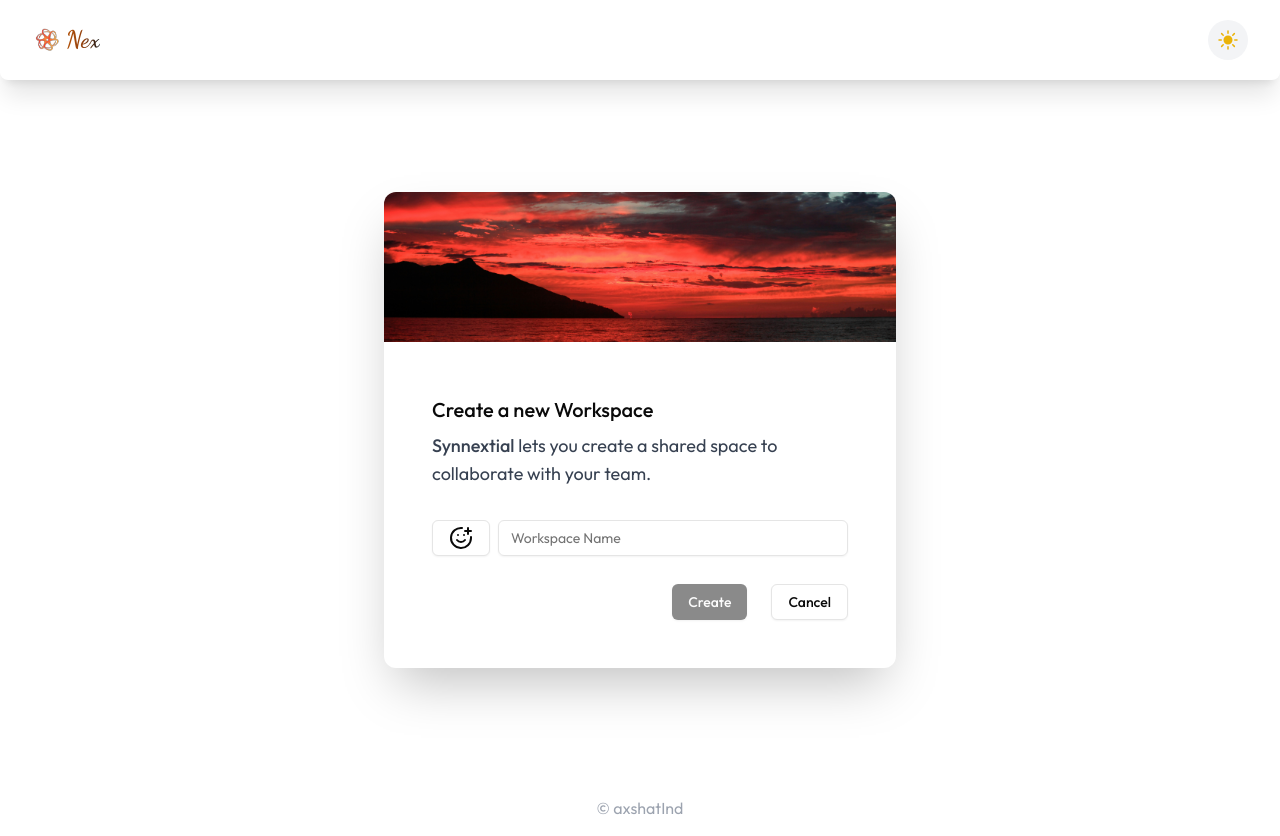
Repository: axshatInd/synnexTial
Page: /createworkspace
An editor plug-in stored every save of this project. The page is shown before and after the next save, followed by the edit.
The browser window is 1280 px wide. The pictures show the whole page.
The page's requests for data from a server got no answer. The project was rebuilt for these pictures with package versions that can differ from the ones it lists, and the page was loaded fresh each time. Some packages were replaced by stand-ins written for this rebuild. The framework's server and built-in components were replaced by stand-ins that run in the browser. No one was signed in, and anything a server would have sent is missing. Also part of the build but not shown: next.config.mjs.

Above is the page before, as saved 2024-08-28 11:34:31.

### app/layout.js
"use client";
import { Outfit } from "next/font/google";
import { Dancing_Script } from "next/font/google";
import "./globals.css";
import { ClerkProvider } from "@clerk/nextjs";
import Header from "./(routes)/dashboard/_components/Header";
import useTheme from "./_components/useTheme";

// Font configurations
const outfit = Outfit({ subsets: ["latin"] });
const dancing_script = Dancing_Script({ subsets: ["latin"] });

function Footer() {
  return (
    <footer className="text-center py-4">
      <a
        href="https://www.instagram.com/akshat.7_"
        target="_blank"
        rel="noopener noreferrer"
        className="text-gray-400 hover:text-gray-600 transition-colors duration-300"
      >
        &copy; axshatInd
      </a>
    </footer>
  );
}

export default function RootLayout({ children }) {
  const { theme } = useTheme();

  return (
    <ClerkProvider>
      <html lang="en">
        <body
          className={`${outfit.className} ${theme} flex flex-col min-h-screen`}
        >
          <Header />
          <main className="flex-grow pt-20">{children}</main>
          <Footer />
        </body>
      </html>
    </ClerkProvider>
  );
}

### app/(routes)/createworkspace/page.jsx
"use client"; // Add this directive at the top of the file

import CoverPicker from "@/app/_components/CoverPicker";
import EmojiPickerComponent from "@/app/_components/EmojiPickerComponent";
import { Button } from "@/components/ui/button";
import { Input } from "@/components/ui/input";
import { db } from "@/config/firebaseConfig";
import { useAuth, useUser } from "@clerk/nextjs";
import { doc, setDoc } from "firebase/firestore";
import { Loader2Icon, SmilePlus } from "lucide-react";
import Image from "next/image";
import { useRouter } from "next/navigation";
import React, { useState } from "react";
import uuid4 from "uuid4";

function CreateWorkspace() {
  const [coverImage, setCoverImage] = useState("/cover.png");
  const [workspacename, setWorkspaceName] = useState();
  const [emoji, setEmoji] = useState();
  const { user } = useUser();
  const { orgId } = useAuth();
  const [loading, setLoading] = useState(false);
  const router = useRouter();

  /* Used to create new workspace and save the data in dataspace */
  const OnCreateWorkspace = async () => {
    setLoading(true);
    const workspaceId = Date.now();
    const result = await setDoc(doc(db, "Workspace", workspaceId.toString()), {
      workspaceName: workspacename,
      emoji: emoji,
      coverImage: coverImage,
      createdBy: user?.primaryEmailAddress?.emailAddress,
      id: workspaceId,
      orgId: orgId ? orgId : user?.primaryEmailAddress?.emailAddress,
    });
    const docId = uuid4();
    {
      /* this will give some random ids for us */
    }
    await setDoc(doc(db, "workspaceDocuments", docId.toString()), {
      workspaceId: workspaceId,
      createdBy: user?.primaryEmailAddress?.emailAddress,
      coverImage: null,
      emoji: null,
      id: docId,
      documentOutput: [],
    });

    await setDoc(doc(db, "documentOutput", docId.toString()), {
      docId: docId,
      Output: [],
    });

    setLoading(false);
    router.replace("/workspace/" + workspaceId + "/" + docId);
    {
      /* will do nested dynamic routing now at 1:58:00 of the vid */
    }
  };

  return (
    <div className="p-10 md:px-36 lg:px-64 xl:px-96 py-28">
      <div className="shadow-2xl rounded-xl">
        <CoverPicker setNewCover={(v) => setCoverImage(v)}>
          {/* Cover Image */}
          <div className="relative group cursor-pointer">
            <h2 className="hidden absolute p-4 w-full h-full items-center group-hover:flex justify-center text-black">
              Change Cover
            </h2>
            <div className="group-hover:opacity-70">
              <Image
                src={coverImage}
                width={400}
                height={440}
                className="w-full h-[150px] object-cover rounded-t-xl"
              />
            </div>
          </div>
        </CoverPicker>

        {/* Input Section */}
        <div className="p-12">
          <h2 className="font-medium text-xl">Create a new Workspace</h2>
          <h2 className="text-lg mt-2 text-gray-700">
            <span className="font-medium">Synnextial</span> lets you create a
            shared space to collaborate with your team.
          </h2>

          <div className="mt-8 flex gap-2 items-center">
            <EmojiPickerComponent setEmojiIcon={(v) => setEmoji(v)}>
              <Button variant="outline">{emoji ? emoji : <SmilePlus />}</Button>
            </EmojiPickerComponent>
            <Input
              placeholder="Workspace Name"
              onChange={(e) => setWorkspaceName(e.target.value)}
            />
          </div>
          <div className="mt-7 flex justify-end gap-6">
            <Button
              disabled={!workspacename?.length || loading}
              onClick={OnCreateWorkspace}
            >
              Create {loading && <Loader2Icon className="animate-spin ml-2" />}
            </Button>
            <Button variant="outline">Cancel</Button>
          </div>
        </div>
      </div>
    </div>
  );
}

export default CreateWorkspace;

### app/globals.css
@tailwind base;
@tailwind components;
@tailwind utilities;

@layer base {
  :root {
    --background: 0 0% 100%;
    --foreground: 0 0% 3.9%;
    --card: 0 0% 100%;
    --card-foreground: 0 0% 3.9%;
    --popover: 0 0% 100%;
    --popover-foreground: 0 0% 3.9%;
    --primary: 0 0% 9%;
    --primary-foreground: 0 0% 98%;
    --secondary: 0 0% 96.1%;
    --secondary-foreground: 0 0% 9%;
    --muted: 0 0% 96.1%;
    --muted-foreground: 0 0% 45.1%;
    --accent: 0 0% 96.1%;
    --accent-foreground: 0 0% 9%;
    --destructive: 0 84.2% 60.2%;
    --destructive-foreground: 0 0% 98%;
    --border: 0 0% 89.8%;
    --input: 0 0% 89.8%;
    --ring: 0 0% 3.9%;
    --radius: 0.5rem;
    --chart-1: 12 76% 61%;
    --chart-2: 173 58% 39%;
    --chart-3: 197 37% 24%;
    --chart-4: 43 74% 66%;
    --chart-5: 27 87% 67%;
  }

  .dark {
    --background: 0 0% 3.9%;
    --foreground: 0 0% 98%;
    --card: 0 0% 3.9%;
    --card-foreground: 0 0% 98%;
    --popover: 0 0% 3.9%;
    --popover-foreground: 0 0% 98%;
    --primary: 0 0% 98%;
    --primary-foreground: 0 0% 9%;
    --secondary: 0 0% 14.9%;
    --secondary-foreground: 0 0% 98%;
    --muted: 0 0% 14.9%;
    --muted-foreground: 0 0% 63.9%;
    --accent: 0 0% 14.9%;
    --accent-foreground: 0 0% 98%;
    --destructive: 0 62.8% 30.6%;
    --destructive-foreground: 0 0% 98%;
    --border: 0 0% 14.9%;
    --input: 0 0% 14.9%;
    --ring: 0 0% 83.1%;
    --chart-1: 220 70% 50%;
    --chart-2: 160 60% 45%;
    --chart-3: 30 80% 55%;
    --chart-4: 280 65% 60%;
    --chart-5: 340 75% 55%;
  }

  /* Gradient Text Styles */
  /* Existing gradient-text for light mode */
  .gradient-text {
    background: linear-gradient(to right, #f59e0b, #f97316, #b45309);
    -webkit-background-clip: text;
    background-clip: text;
    color: transparent;
  }

  /* Gradient text styling for dark mode */
  .dark .gradient-text-dark {
    background: linear-gradient(to right, #fca5a5, #f87171, #ef4444);
    -webkit-background-clip: text;
    background-clip: text;
    color: transparent;
  }

  .gradient-text2 {
    background: linear-gradient(to right, #b45309, #92400e, #111111);
    -webkit-background-clip: text;
    background-clip: text;
    color: transparent;
  }

  .gradient-text3 {
    background: linear-gradient(90deg, #000000, #ff5722);
    -webkit-background-clip: text;
    -webkit-text-fill-color: transparent;
  }

  /* Base Styles */
  * {
    @apply border-border;
  }

  body {
    @apply bg-background text-foreground;
  }

  footer {
    @apply text-center py-4;
  }

  footer a {
    @apply text-gray-400 hover:text-gray-600 transition-colors duration-300;
  }

  footer p {
    transition: color 0.3s ease;
  }

  /* Button Styles */
  .btn-primary {
    @apply text-white bg-primary hover:bg-primary-foreground px-4 py-2 rounded-md transition-all;
  }

  .btn-secondary {
    @apply text-primary bg-secondary hover:bg-secondary-foreground px-4 py-2 rounded-md transition-all;
  }

  .btn-accent {
    @apply text-accent-foreground bg-accent hover:bg-accent-foreground px-4 py-2 rounded-md transition-all;
  }
}

/* Scoped styling for ThemeSwitcher component */

.theme-switcher-button {
  /* Ensures button is circular */
  border-radius: 50%;
  width: 2.5rem; /* Adjust size as needed */
  height: 2.5rem; /* Adjust size as needed */
  display: flex;
  align-items: center;
  justify-content: center;
  cursor: pointer;
  background-color: #f3f4f6; /* Light background for light mode */
  transition: background-color 0.3s ease;
}

.theme-switcher-button:hover {
  background-color: rgba(0, 0, 0, 0.1); /* Light hover effect */
}

.dark .theme-switcher-button {
  background-color: #1f2937; /* Dark background for dark mode */
}

.dark .theme-switcher-button:hover {
  background-color: rgba(255, 255, 255, 0.1); /* Dark mode hover effect */
}

/* Styling for icons */
.theme-switcher-button svg {
  width: 1.5rem;
  height: 1.5rem;
}

### app/(routes)/dashboard/_components/Header.jsx
"use client";
import { useEffect, useRef } from "react";
import { gsap } from "gsap";
import Logo from "@/app/_components/Logo";
import { OrganizationSwitcher, useAuth, UserButton } from "@clerk/nextjs";
import ThemeSwitcher from "@/app/_components/ThemeSwitcher";
import useTheme from "@/app/_components/useTheme"; // Import useTheme here

function Header() {
  const { orgId } = useAuth();
  const headerRef = useRef(null);

  // GSAP animation for the header
  useEffect(() => {
    gsap.fromTo(headerRef.current, { opacity: 0 }, { opacity: 1, duration: 1 });
  }, []);

  const { theme, toggleTheme } = useTheme();

  return (
    <header
      ref={headerRef} // Reference for animation
      className="fixed top-0 left-0 right-0 z-50 flex justify-between items-center px-4 py-2 md:px-6 md:py-3 lg:px-8 lg:py-5 shadow-xl rounded-b-lg max-w-8xl mx-auto bg-white"
    >
      <Logo />
      <ThemeSwitcher isDark={theme === "dark"} onChange={toggleTheme} />
      <OrganizationSwitcher
        afterCreateOrganizationUrl={"/dashboard"}
        afterLeaveOrganizationUrl={"/dashboard"}
      />
      <UserButton />
    </header>
  );
}

export default Header;

### app/_components/useTheme.jsx
"use client"; // This ensures it runs on the client side

import { useState, useEffect } from "react";

const useTheme = () => {
  const [theme, setTheme] = useState("light");

  useEffect(() => {
    const storedTheme = localStorage.getItem("theme");
    const systemPrefersDark = window.matchMedia(
      "(prefers-color-scheme: dark)"
    ).matches;

    if (storedTheme) {
      setTheme(storedTheme);
    } else {
      setTheme(systemPrefersDark ? "dark" : "light");
    }
  }, []);

  const toggleTheme = () => {
    const newTheme = theme === "light" ? "dark" : "light";
    setTheme(newTheme);
    localStorage.setItem("theme", newTheme);
    document.body.className = newTheme; // Apply theme class to body for immediate update
  };

  return { theme, toggleTheme };
};

export default useTheme;

### app/_components/CoverPicker.jsx
import React, { useState } from "react";
import {
  Dialog,
  DialogContent,
  DialogDescription,
  DialogFooter,
  DialogHeader,
  DialogTitle,
  DialogTrigger,
} from "@/components/ui/dialog";
import CoverOption from "../_shared/CoverOption";
import Image from "next/image";
import { DialogClose } from "@radix-ui/react-dialog";
import { Button } from "@/components/ui/button";

function CoverPicker({ children, setNewCover }) {
  const [selectedCover, setSelectedCover] = useState();

  return (
    <Dialog>
      <DialogTrigger className="w-full">{children}</DialogTrigger>
      <DialogContent>
        <DialogHeader>
          <DialogTitle>Change Cover Image</DialogTitle>
          <DialogDescription>
            <div className="grid grid-cols-2 md:grid-cols-3 lg:grid-cols-4 gap-5 mt-3">
              {CoverOption.map((cover, index) => (
                <div
                  key={index}
                  onClick={() => setSelectedCover(cover?.imageUrl)}
                  className={`p-1 rounded-md ${
                    selectedCover === cover?.imageUrl
                      ? "border-primary border-2"
                      : ""
                  }`}
                >
                  <Image
                    src={cover?.imageUrl}
                    width={200}
                    height={140}
                    className="h-[70px] w-full rounded-md object-cover"
                    alt={`Cover Image ${index}`}
                  />
                </div>
              ))}
            </div>
          </DialogDescription>
        </DialogHeader>
        <DialogFooter className="">
          <DialogClose asChild>
            <Button type="button" onClick={() => setNewCover(selectedCover)}>
              Update
            </Button>
          </DialogClose>

          <DialogClose asChild>
            <Button type="button" variant="secondary">
              Close
            </Button>
          </DialogClose>
        </DialogFooter>
      </DialogContent>
    </Dialog>
  );
}

export default CoverPicker;

### app/_components/EmojiPickerComponent.jsx
import EmojiPicker from "emoji-picker-react";
import React, { useState } from "react";

function EmojiPickerComponent({ children, setEmojiIcon }) {
  const [openEmojiPicker, setOpenEmojiPicker] = useState(false);

  const handleToggleEmojiPicker = () => {
    setOpenEmojiPicker((prev) => !prev); // Toggle the emoji picker visibility
  };

  return (
    <div>
      {/* Button to open/close the EmojiPicker */}
      <div onClick={handleToggleEmojiPicker}>{children}</div>

      {/* Conditional rendering for the EmojiPicker */}
      {openEmojiPicker && (
        <div className="absolute z-10">
          <EmojiPicker
            onEmojiClick={(e) => {
              setEmojiIcon(e.emoji);
              setOpenEmojiPicker(false); // Close the picker after selecting an emoji
            }}
          />
        </div>
      )}
    </div>
  );
}

export default EmojiPickerComponent;

### components/ui/button.jsx
import * as React from "react"
import { Slot } from "@radix-ui/react-slot"
import { cva } from "class-variance-authority";

import { cn } from "@/lib/utils"

const buttonVariants = cva(
  "inline-flex items-center justify-center whitespace-nowrap rounded-md text-sm font-medium transition-colors focus-visible:outline-none focus-visible:ring-1 focus-visible:ring-ring disabled:pointer-events-none disabled:opacity-50",
  {
    variants: {
      variant: {
        default:
          "bg-primary text-primary-foreground shadow hover:bg-primary/90",
        destructive:
          "bg-destructive text-destructive-foreground shadow-sm hover:bg-destructive/90",
        outline:
          "border border-input bg-background shadow-sm hover:bg-accent hover:text-accent-foreground",
        secondary:
          "bg-secondary text-secondary-foreground shadow-sm hover:bg-secondary/80",
        ghost: "hover:bg-accent hover:text-accent-foreground",
        link: "text-primary underline-offset-4 hover:underline",
      },
      size: {
        default: "h-9 px-4 py-2",
        sm: "h-8 rounded-md px-3 text-xs",
        lg: "h-10 rounded-md px-8",
        icon: "h-9 w-9",
      },
    },
    defaultVariants: {
      variant: "default",
      size: "default",
    },
  }
)

const Button = React.forwardRef(({ className, variant, size, asChild = false, ...props }, ref) => {
  const Comp = asChild ? Slot : "button"
  return (
    (<Comp
      className={cn(buttonVariants({ variant, size, className }))}
      ref={ref}
      {...props} />)
  );
})
Button.displayName = "Button"

export { Button, buttonVariants }

### config/firebaseConfig.js
// config/firebaseConfig.js

import { initializeApp } from "firebase/app";
import { getAnalytics } from "firebase/analytics";
import { getFirestore } from "firebase/firestore";

// Your web app's Firebase configuration
const firebaseConfig = {
  apiKey: process.env.NEXT_PUBLIC_FIREBASE_API_KEY,
  authDomain: process.env.NEXT_PUBLIC_AUTH_DOMAIN,
  projectId: process.env.NEXT_PUBLIC_PROJECT_ID,
  storageBucket: process.env.NEXT_PUBLIC_STORAGE_BUCKET,
  messagingSenderId: process.env.NEXT_PUBLIC_MESSAGING_SENDER_ID,
  appId: process.env.NEXT_PUBLIC_APP_ID,
  measurementId: process.env.NEXT_PUBLIC_MEASUREMENT_ID,
};

let app, db, analytics;

if (typeof window !== "undefined") {
  // Initialize Firebase only on the client side
  app = initializeApp(firebaseConfig);
  db = getFirestore(app);
  analytics = getAnalytics(app);
}

export { app, db, analytics };

### app/_components/Logo.jsx
import React from "react";
import Image from "next/image";
import { Dancing_Script } from "next/font/google";

const dancing_script = Dancing_Script({ subsets: ["latin"] });

function Logo() {
  return (
    <div className="flex items-center gap-1">
      <Image src={"/logo.svg"} alt="Logo" width={30} height={30} />
      <h2
        className={`${dancing_script.className} font-semibold text-2xl gradient-text2`}
      >
        {/* empty for now */}
        Nex
      </h2>
    </div>
  );
}

export default Logo;

### app/_components/ThemeSwitcher.jsx
import { SunIcon, MoonIcon } from "@heroicons/react/24/solid"; // Import Heroicons

const ThemeSwitcher = ({ isDark, onChange }) => {
  return (
    <button
      onClick={onChange}
      aria-label={isDark ? "Switch to Light Mode" : "Switch to Dark Mode"}
      className="theme-switcher-button"
    >
      {isDark ? (
        <MoonIcon className="w-6 h-6 text-yellow-400" />
      ) : (
        <SunIcon className="w-6 h-6 text-yellow-500" />
      )}
    </button>
  );
};

export default ThemeSwitcher;

### components/ui/dialog.jsx
"use client"

import * as React from "react"
import * as DialogPrimitive from "@radix-ui/react-dialog"
import { Cross2Icon } from "@radix-ui/react-icons"

import { cn } from "@/lib/utils"

const Dialog = DialogPrimitive.Root

const DialogTrigger = DialogPrimitive.Trigger

const DialogPortal = DialogPrimitive.Portal

const DialogClose = DialogPrimitive.Close

const DialogOverlay = React.forwardRef(({ className, ...props }, ref) => (
  <DialogPrimitive.Overlay
    ref={ref}
    className={cn(
      "fixed inset-0 z-50 bg-black/80  data-[state=open]:animate-in data-[state=closed]:animate-out data-[state=closed]:fade-out-0 data-[state=open]:fade-in-0",
      className
    )}
    {...props} />
))
DialogOverlay.displayName = DialogPrimitive.Overlay.displayName

const DialogContent = React.forwardRef(({ className, children, ...props }, ref) => (
  <DialogPortal>
    <DialogOverlay />
    <DialogPrimitive.Content
      ref={ref}
      className={cn(
        "fixed left-[50%] top-[50%] z-50 grid w-full max-w-lg translate-x-[-50%] translate-y-[-50%] gap-4 border bg-background p-6 shadow-lg duration-200 data-[state=open]:animate-in data-[state=closed]:animate-out data-[state=closed]:fade-out-0 data-[state=open]:fade-in-0 data-[state=closed]:zoom-out-95 data-[state=open]:zoom-in-95 data-[state=closed]:slide-out-to-left-1/2 data-[state=closed]:slide-out-to-top-[48%] data-[state=open]:slide-in-from-left-1/2 data-[state=open]:slide-in-from-top-[48%] sm:rounded-lg",
        className
      )}
      {...props}>
      {children}
      <DialogPrimitive.Close
        className="absolute right-4 top-4 rounded-sm opacity-70 ring-offset-background transition-opacity hover:opacity-100 focus:outline-none focus:ring-2 focus:ring-ring focus:ring-offset-2 disabled:pointer-events-none data-[state=open]:bg-accent data-[state=open]:text-muted-foreground">
        <Cross2Icon className="h-4 w-4" />
        <span className="sr-only">Close</span>
      </DialogPrimitive.Close>
    </DialogPrimitive.Content>
  </DialogPortal>
))
DialogContent.displayName = DialogPrimitive.Content.displayName

const DialogHeader = ({
  className,
  ...props
}) => (
  <div
    className={cn("flex flex-col space-y-1.5 text-center sm:text-left", className)}
    {...props} />
)
DialogHeader.displayName = "DialogHeader"

const DialogFooter = ({
  className,
  ...props
}) => (
  <div
    className={cn("flex flex-col-reverse sm:flex-row sm:justify-end sm:space-x-2", className)}
    {...props} />
)
DialogFooter.displayName = "DialogFooter"

const DialogTitle = React.forwardRef(({ className, ...props }, ref) => (
  <DialogPrimitive.Title
    ref={ref}
    className={cn("text-lg font-semibold leading-none tracking-tight", className)}
    {...props} />
))
DialogTitle.displayName = DialogPrimitive.Title.displayName

const DialogDescription = React.forwardRef(({ className, ...props }, ref) => (
  <DialogPrimitive.Description
    ref={ref}
    className={cn("text-sm text-muted-foreground", className)}
    {...props} />
))
DialogDescription.displayName = DialogPrimitive.Description.displayName

export {
  Dialog,
  DialogPortal,
  DialogOverlay,
  DialogTrigger,
  DialogClose,
  DialogContent,
  DialogHeader,
  DialogFooter,
  DialogTitle,
  DialogDescription,
}

Loaded but not shown: components/ui/input.jsx (common file); lib/utils.js (common file); tailwind.config.js (common file); app/_shared/CoverOption.js (66 lines, source omitted)

After the next save:
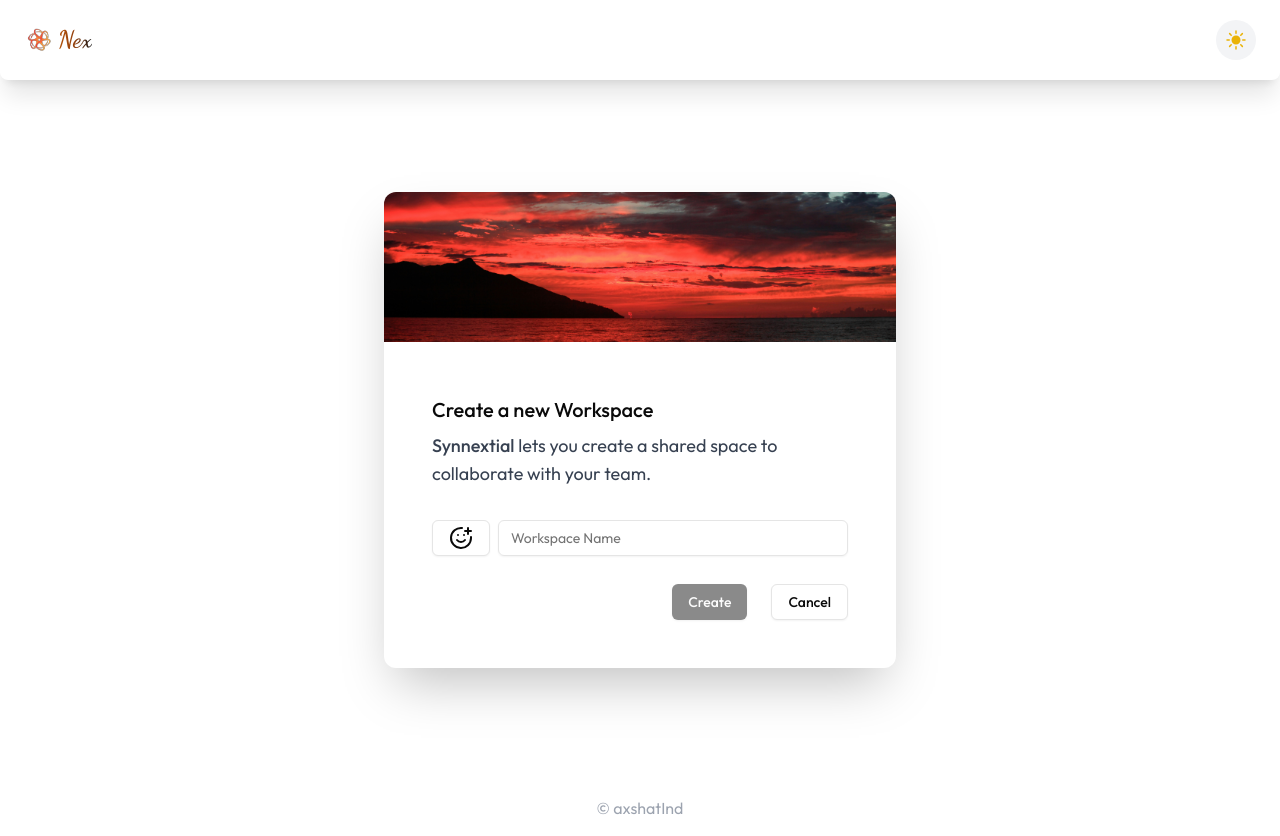
Saved 20 s later.
--- a/app/(routes)/dashboard/_components/Header.jsx
+++ b/app/(routes)/dashboard/_components/Header.jsx
@@ -20,7 +20,7 @@
   return (
     <header
       ref={headerRef} // Reference for animation
-      className="fixed top-0 left-0 right-0 z-50 flex justify-between items-center px-4 py-2 md:px-6 md:py-3 lg:px-8 lg:py-5 shadow-xl rounded-b-lg max-w-8xl mx-auto bg-white"
+      className="fixed top-0 left-0 right-0 z-50 flex justify-between items-center px-4 py-2 md:px-6 md:py-3 lg:py-5 shadow-xl rounded-b-lg max-w-8xl mx-auto bg-white"
     >
       <Logo />
       <ThemeSwitcher isDark={theme === "dark"} onChange={toggleTheme} />
